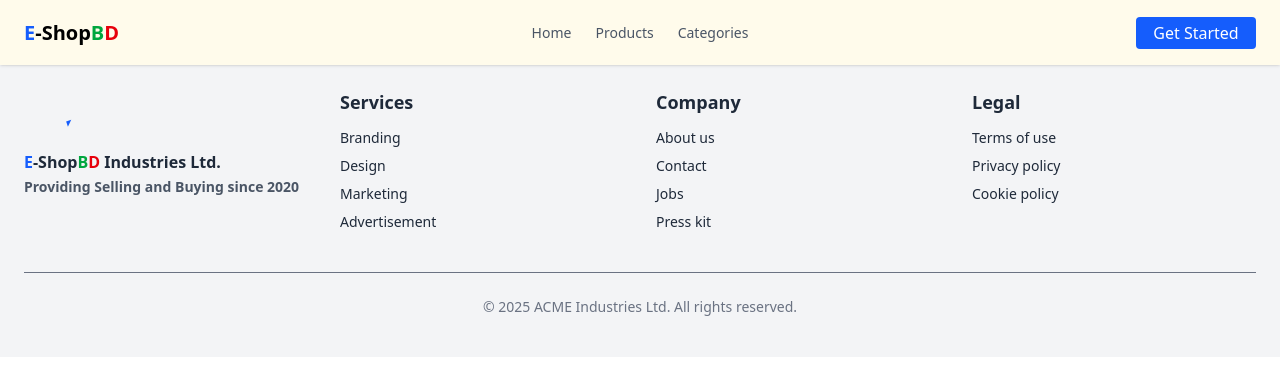
Repository: syedbayzid82849/E-shopBD
Page: /dashboard
These files come from the project's save history. The page is drawn as it stood at one moment and after a run of saves; the edit follows.
The browser window is 1280 px wide. The pictures show the whole page.
The page's requests for data from a server got no answer. The project was rebuilt for these pictures with package versions that can differ from the ones it lists, and the page was loaded fresh each time. The framework's server and built-in components were replaced by stand-ins that run in the browser. No one was signed in, and anything a server would have sent is missing. Also part of the build but not shown: next.config.mjs.

Above is the page before, as saved 2025-08-26 14:59:41.

### src/app/layout.js
import { Geist, Geist_Mono } from "next/font/google";
import "./globals.css";
import Navbar from "./components/Navbar";
import Footer from "./components/Footer";
import NextAuthProvider from "@/Providers/NextAuthProvider";

const geistSans = Geist({
  variable: "--font-geist-sans",
  subsets: ["latin"],
});

const geistMono = Geist_Mono({
  variable: "--font-geist-mono",
  subsets: ["latin"],
});

export const metadata = {
  title: "Create Next App",
  description: "Generated by create next app",
};

export default function RootLayout({ children }) {
  return (
    <html lang="en" suppressHydrationWarning>
      <body className={`${geistSans.variable} ${geistMono.variable}`}>
        <NextAuthProvider>
          <nav>
            <Navbar />
          </nav>
          <main>
            {children}
          </main>
          <footer>
            <Footer />
          </footer>
        </NextAuthProvider>
      </body>
    </html>
  );
}

### src/app/dashboard/page.jsx
import React from 'react'

export default function Dashboard() {
  return (
    <div>Dashboard
        <p>Welcome to your dashboard!</p>
    </div>
  )
}

### src/app/components/Navbar.jsx
"use client";
import { useState } from "react";
import Link from "next/link";
import { usePathname } from "next/navigation";
import { signIn, signOut, useSession } from "next-auth/react";

export default function Navbar() {
    const [isOpen, setIsOpen] = useState(false);
    const pathname = usePathname();
    const session = useSession();
    const sessionStatus = session?.status;
    const isActive = (path) =>
        pathname === path
            ? "bg-gray-100 text-orange-500 font-semibold"
            : " text-gray-600";

    const navMenu = () => {
        return (
            <>
                <li>
                    <Link href="/" className={isActive("/")}>
                        Home
                    </Link>
                </li>
                <li>
                    <Link href="/products" className={isActive("/products")}>
                        Products
                    </Link>
                </li>
                <li>
                    <Link href="/categories" className={isActive("/categories")}>
                        Categories
                    </Link>
                </li>
                {
                    sessionStatus === "authenticated" && (
                        <li>
                            <Link href="/dashboard" className={isActive("/dashboard")}>
                                Dashboard
                            </Link>
                        </li>
                    )
                }
            </>
        );
    };


    return (
        <div className="navbar bg-amber-50 shadow-sm fixed z-50 md:px-6">
            <div className="navbar-start">
                <div className="dropdown ">
                    <div tabIndex={0} role="button" className="btn btn-ghost lg:hidden">
                        <svg xmlns="http://www.w3.org/2000/svg" className="h-5 w-5 text-black " fill="none" viewBox="0 0 24 24" stroke="currentColor"> <path strokeLinecap="round" strokeLinejoin="round" strokeWidth="2" d="M4 6h16M4 12h8m-8 6h16" /> </svg>
                    </div>
                    <ul
                        tabIndex={0}
                        className="dropdown-content bg-white  rounded z-50 mt-3 w-52 p-2 shadow"
                    >
                        {navMenu()}
                    </ul>
                </div>
                <a className=" text-xl font-bold">
                    <span className="text-blue-600">E</span>
                    <span className="text-black">-Shop</span>
                    <span className="text-green-600">B</span>
                    <span className="text-red-600">D</span></a>
            </div>
            <div className="navbar-center hidden lg:flex">
                <ul className="menu menu-horizontal px-1">
                    {navMenu()}
                </ul>
            </div>
            <div className="navbar-end">
                {session?.status === 'authenticated' ? (
                    <div className="flex items-center space-x-3">
                        <img
                            src={session?.user?.image || "https://ibb.co.com/fYF7ppg4"}
                            alt="profile"
                            className="w-11 rounded-full border border-gray-500 shadow-2xs"
                        />
                        <button
                            onClick={() => {
                                if (window.confirm("Are you sure you want to log out?")) {
                                    signOut();
                                }
                            }}
                            className="px-3 py-1 rounded bg-red-500 text-white hover:bg-red-600"
                        >
                            Logout
                        </button>

                    </div>
                ) : (
                    <div className="flex items-center space-x-3">
                        {/* <button
                            onClick={() => signIn()}
                            className="w-30  py-1 rounded bg-indigo-500 text-white hover:bg-indigo-600"
                        >
                            Login
                        </button> */}
                        <Link
                            href="/register"
                            className="w-30 bg-blue-600 text-white py-1 rounded hover:bg-blue-700 text-center"
                        >
                            Get Started
                        </Link>
                    </div>
                )}

            </div>
        </div>
    );
}

### src/app/components/Footer.jsx
import React from 'react'

export default function Footer() {
    return (
        <>
            <footer className="bg-gray-100 text-gray-800 py-10 px-6">
                <div className="max-w-7xl mx-auto grid grid-cols-1 sm:grid-cols-2 md:grid-cols-4 gap-8">

                    {/* Logo & About */}
                    <div>
                        <svg
                            width="50"
                            height="50"
                            viewBox="0 0 24 24"
                            xmlns="http://www.w3.org/2000/svg"
                            className="fill-current text-blue-600 mb-3"
                        >
                            <path d="M22.672 15.226l-2.432.811.841 2.515c..."></path>
                        </svg>
                        <p className="font-semibold">
                            <span className="text-blue-600">E</span>
                            <span>-Shop</span>
                            <span className="text-green-600">B</span>
                            <span className="text-red-600">D</span> Industries Ltd. <br />
                            <span className="text-sm text-gray-600">
                                Providing Selling and Buying since 2020
                            </span>
                        </p>
                    </div>

                    {/* Services */}
                    <div>
                        <h6 className="text-lg font-bold mb-3">Services</h6>
                        <ul className="space-y-2 text-sm">
                            <li><a href="#" className="hover:text-blue-600">Branding</a></li>
                            <li><a href="#" className="hover:text-blue-600">Design</a></li>
                            <li><a href="#" className="hover:text-blue-600">Marketing</a></li>
                            <li><a href="#" className="hover:text-blue-600">Advertisement</a></li>
                        </ul>
                    </div>

                    {/* Company */}
                    <div>
                        <h6 className="text-lg font-bold mb-3">Company</h6>
                        <ul className="space-y-2 text-sm">
                            <li><a href="#" className="hover:text-blue-600">About us</a></li>
                            <li><a href="#" className="hover:text-blue-600">Contact</a></li>
                            <li><a href="#" className="hover:text-blue-600">Jobs</a></li>
                            <li><a href="#" className="hover:text-blue-600">Press kit</a></li>
                        </ul>
                    </div>

                    {/* Legal */}
                    <div>
                        <h6 className="text-lg font-bold mb-3">Legal</h6>
                        <ul className="space-y-2 text-sm">
                            <li><a href="#" className="hover:text-blue-600">Terms of use</a></li>
                            <li><a href="#" className="hover:text-blue-600">Privacy policy</a></li>
                            <li><a href="#" className="hover:text-blue-600">Cookie policy</a></li>
                        </ul>
                    </div>
                </div>

                {/* Bottom section */}
                <div className="mt-10 border-t pt-6 text-center text-sm text-gray-500">
                    © {new Date().getFullYear()} ACME Industries Ltd. All rights reserved.
                </div>
            </footer></>
    )
}

### src/Providers/NextAuthProvider.jsx
"use client";
import { SessionProvider } from "next-auth/react";

export default function NextAuthProvider({ children }) {
    return <SessionProvider>{children}</SessionProvider>;
}

Loaded but not shown: src/app/globals.css (common file)

After the next 7 saves:
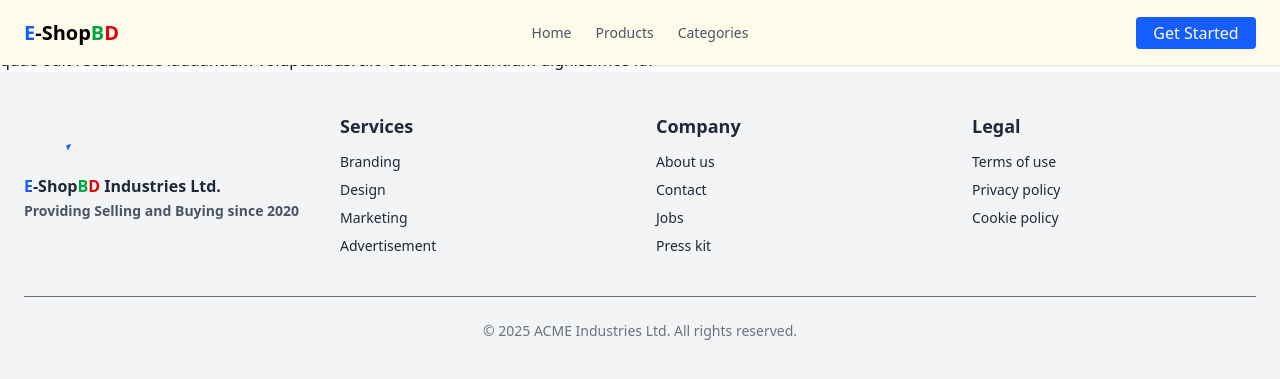
The 7 saves are shown as one change because they came seconds apart.
The last was saved 2 min 23 s later.
--- a/src/app/dashboard/page.jsx
+++ b/src/app/dashboard/page.jsx
@@ -3,7 +3,7 @@ import React from 'react'
 export default function Dashboard() {
   return (
     <div>Dashboard
-        <p>Welcome to your dashboard!</p>
+        <p>Welcome to your dashboard! Lorem ipsum dolor, sit amet consectetur adipisicing elit. Voluptatum voluptate iure eveniet harum ab! Commodi eveniet itaque sed doloribus, quae odit recusandae laudantium voluptatibus. Illo odit aut laudantium dignissimos id?</p>
     </div>
   )
 }
